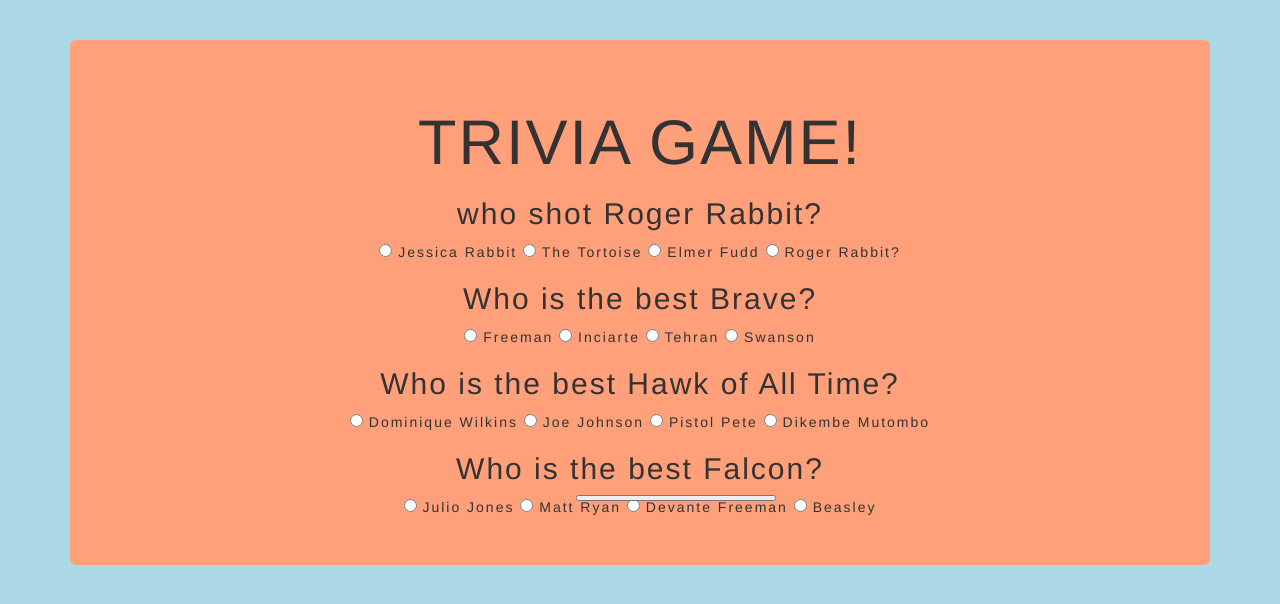
Repository: phiniezyc/TriviaGame
Page: index.html
These files come from the project's save history. The page is drawn as it stood at one moment and after the next save; the edit follows.
The browser window is 1280 px wide. The pictures show the whole page.
After loading, the first visible `#startGameButton` was clicked once.
Some web libraries are served in a nearby version.

Above is the page before, as saved 2017-09-14 00:32:09.

### index.html
<!DOCTYPE html>
<html lang="">
<head>
    <meta charset="utf-8">
    <meta name="viewport" content="width=device-width, initial-scale=1.0">
    <title>Quiz Game</title>
    <link rel="stylesheet" href="https://maxcdn.bootstrapcdn.com/bootstrap/3.3.7/css/bootstrap.min.css">
    <link rel="stylesheet" href="assets/css/style.css">
</head>

<body>

<div class="container">
<div class="row">

</div>
</div>
<div class="container">
    <div class="jumbotron">
        <div>
            <h1 id="gameHeading">TRIVIA GAME!</h1>
        </div>
        <div id="questionSection">
            <button id="startGameButton">Start Game</button>
        </div>
    </div>
</div>



<script src="https://ajax.googleapis.com/ajax/libs/jquery/3.2.1/jquery.min.js"></script>
<script src="assets/javascript/app.js"></script>
</body>
</html>

### assets/css/style.css
body {
    background-color: lightblue;
}

#gameHeading {
    text-align: center;
}

button {
    /*margin-left: 45%;*/
    /*text-align: center;*/
    width: 200px;
    position: absolute;
    left: 45%;
}


.jumbotron {
    background-color: lightsalmon;
    margin-top: 40px;
    text-align: center;
    letter-spacing: 2px;
}



/*
.!*answerSections {

    height: 100px;
    border-style: solid;
    border-width: 5px;
    text-align: center;
    font-size: 35px;
    width: 75%;
    margin: 0 auto;
    padding-top: 15px;
} *!*/

### assets/javascript/app.js

$("#startGameButton").on("click", function () {
    $("#startGameButton").remove();
    for (var i = 0; i < questions.length; i++) {
        $("#questionSection").append("<h2>" + questions[i].question + "</h2>");
        for (var j = 0; j < questions[i].answers.length; j++) {
            $("#questionSection").append("<input type = 'radio' name= 'questionsToAsk" + i + " 'value' " + questions[i].answers[j] + "'>" + questions[i].answers[j])
        }
    }
    $("#questionSection").append("<button>")
});

var questions = [{
    question: " who shot Roger Rabbit? ",
    answers: [" Jessica Rabbit ", " The Tortoise ", " Elmer Fudd ", " Roger Rabbit? "],
    correctAnswer: " Jessica Rabbit "
}, {
    question: " Who is the best Brave? ",
    answers: [" Freeman ", " Inciarte ", " Tehran ", " Swanson "],
    correctAnswer: "Freeman"
}, {
    question: " Who is the best Hawk of All Time? ",
    answers: [" Dominique Wilkins ", " Joe Johnson ", " Pistol Pete ", " Dikembe Mutombo "],
    correctAnswer: " Dominique Wilkins "
}, {
    question: " Who is the best Falcon? ",
    answers: [" Julio Jones ", " Matt Ryan ", " Devante Freeman ", " Beasley "],
    correctAnswer: " Julio Jones "
}];

After the next save:
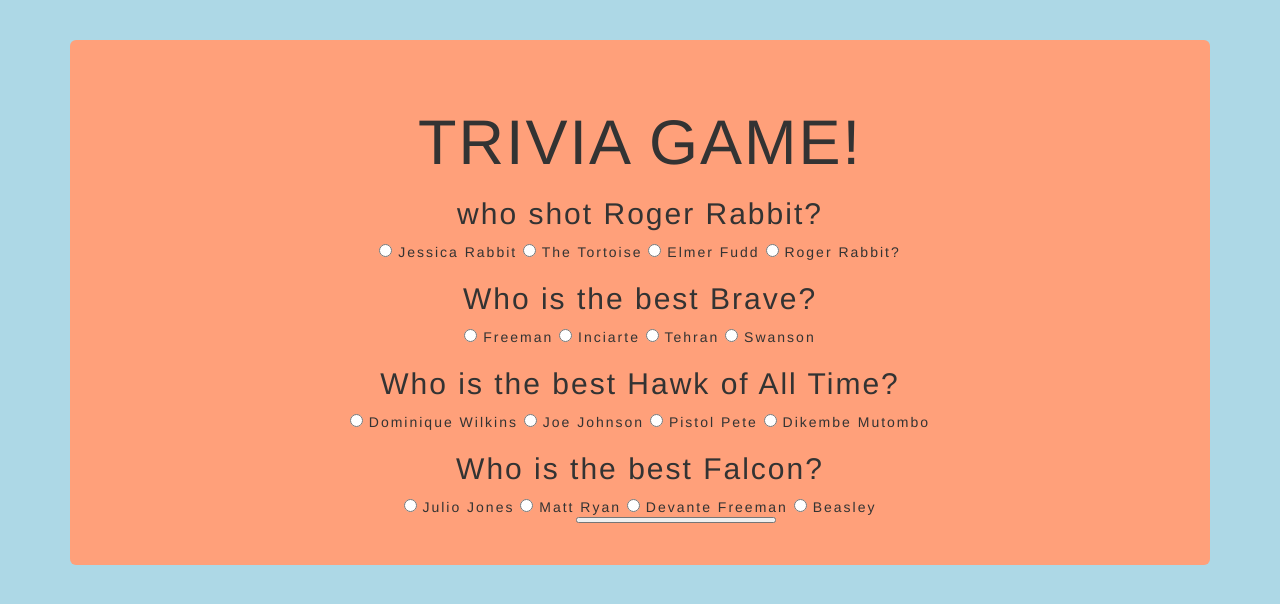
Saved 13 min 38 s later.
--- a/assets/javascript/app.js
+++ b/assets/javascript/app.js
@@ -7,7 +7,7 @@
             $("#questionSection").append("<input type = 'radio' name= 'questionsToAsk" + i + " 'value' " + questions[i].answers[j] + "'>" + questions[i].answers[j])
         }
     }
-    $("#questionSection").append("<button>")
+    $("#questionSection").after("<button>")
 });
 
 var questions = [{
